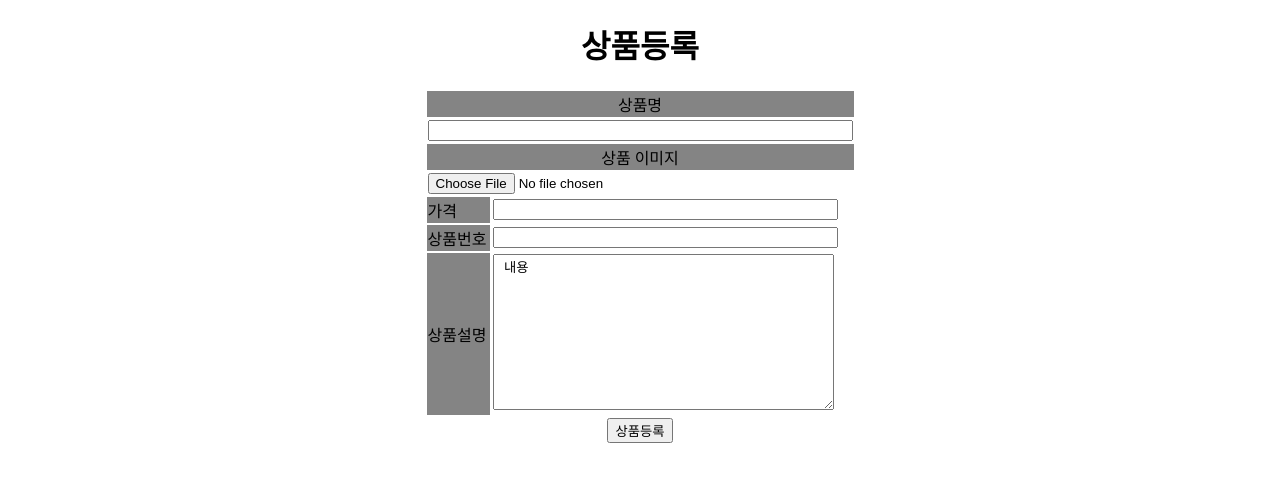
Repository: gunvv00/Java_practice
Page: html_work/html01/WebContent/goods.html
The author's editor kept a copy of each file at every save. The page is drawn from the files as they stood at one save, then again after the next save.
The browser window is 1280 px wide. The pictures show the whole page.

Above is the page before, as saved 2020-01-02 08:02:30.

After the next save:
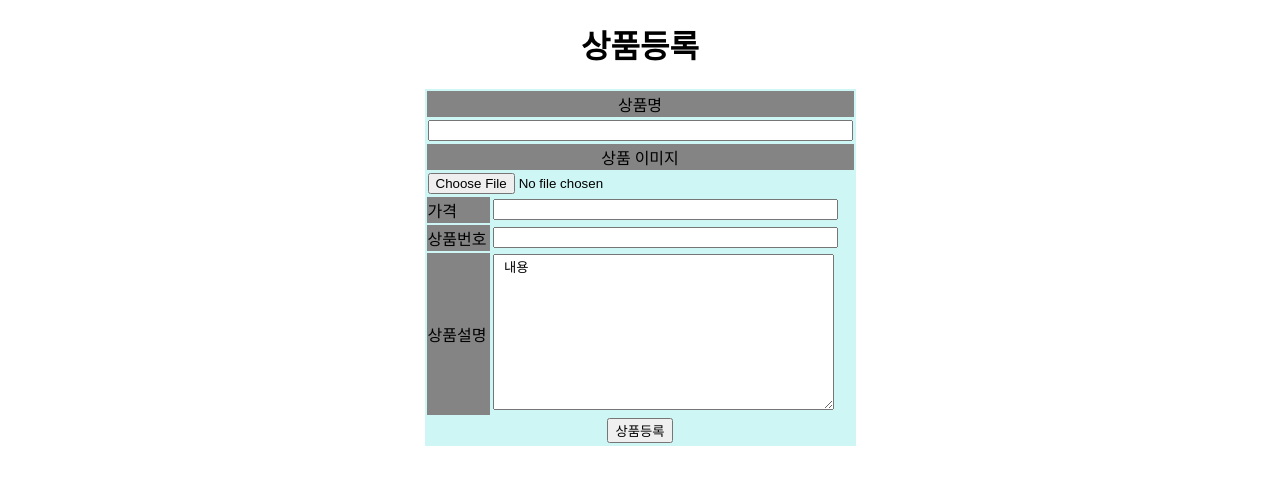
Saved 45 s later.
--- a/html_work/html01/WebContent/goods.html
+++ b/html_work/html01/WebContent/goods.html
@@ -7,7 +7,7 @@
 <body>
 <form action = "good.jsp" method = "post">
 	<h1 align = "center">상품등록</h1>
-	<TABLE Border = 0 height = 300 width = 300 align = "center">
+	<TABLE Border = 0 bgcolor = #CEF6F5 height = 300 width = 300 align = "center">
 		<tr>
 			<td bgcolor = #848484 align = "center" colspan = "2">상품명</td>
 		</tr>
